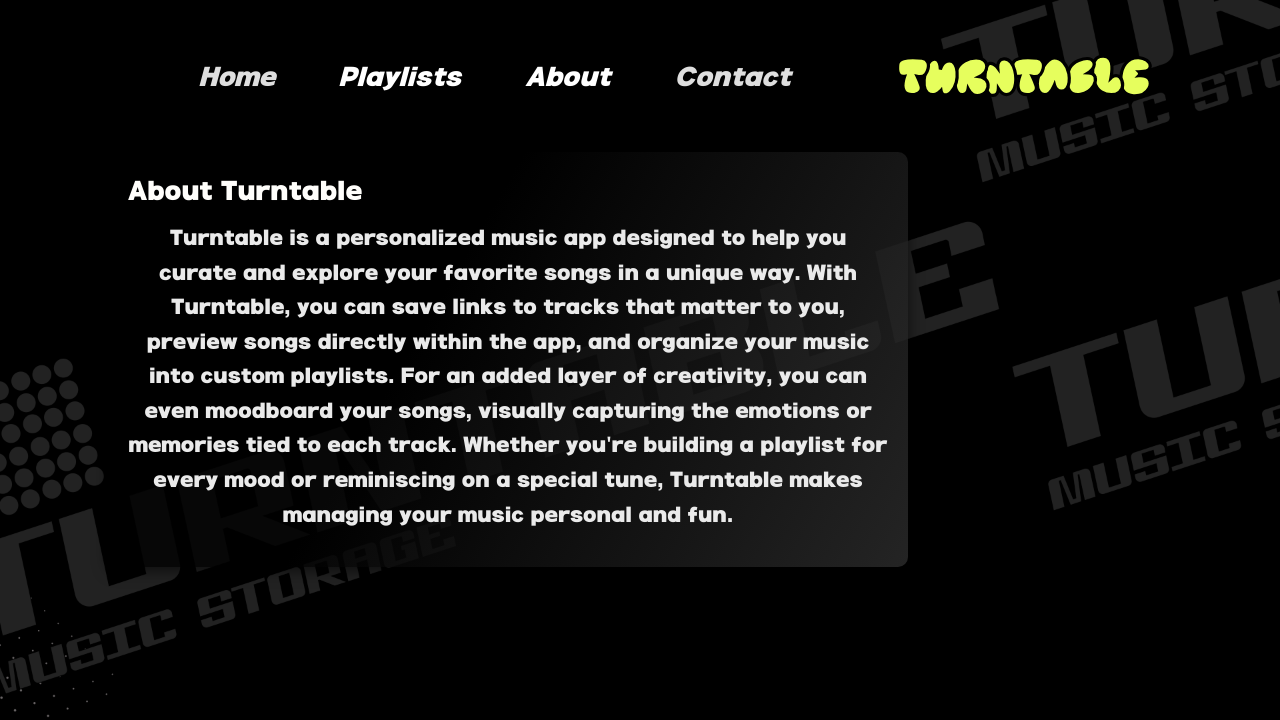
Repository: ReputableRice/Frontend-Project
Page: /app/about
The author's editor kept a copy of each file at every save. The page is drawn from the files as they stood at one save, then again after the next save.
The browser window is 1280 px wide. The pictures show the whole page.
Some web libraries are served in a nearby version. The project was rebuilt for these pictures with package versions that can differ from the ones it lists, and the page was loaded fresh each time. Also part of the build but not shown: vite.config.js, src/components/templates/ContactForm/contactform.css, src/components/templates/ContactForm/ContactForm.tsx, src/components/templates/Card/card.css, src/components/organisms/CardBottom/CardBottom.tsx, src/components/templates/Card/Card.tsx, src/Pages/Contact/Contact.css, src/Pages/Contact/Contact.tsx and 18 more.

Above is the page before, as saved 2024-12-01 00:54:15.

### src/main.jsx
import { StrictMode } from "react";
import { createRoot } from "react-dom/client";
import { BrowserRouter, Routes, Route } from "react-router-dom";
import App from "./App.jsx";
import Preloader from "./components/templates/Preloader/Preloader.tsx";
import "./index.css";

createRoot(document.getElementById("root")).render(
  <StrictMode>
    <BrowserRouter>
      <Routes>
        <Route path="/" element={<Preloader />} />
        <Route path="/app/*" element={<App />} />
      </Routes>
    </BrowserRouter>
  </StrictMode>
);

### src/App.jsx
import './App.css';
import { Routes, Route, Link, useLocation } from "react-router-dom";
import Contact from './Pages/Contact/Contact';
import Playlists from './Pages/Playlists/Playlists';
import Home from './Pages/Home/Home';
import About from './Pages/About/About';
import { useState, useEffect } from 'react';
import { FaBars, FaX } from 'react-icons/fa6';
import { gsap } from 'gsap';
import { TransitionGroup, CSSTransition } from 'react-transition-group';

export default function App() {
  const [mobileNav, setMobileNav] = useState(false);
  const location = useLocation(); // Track current route

  useEffect(() => {
    gsap.fromTo(
      '.navBarCategories > *',
      { opacity: 0, x: '-80rem' },
      {
        duration: 2,
        opacity: 1,
        x: 0,
        stagger: 0.1,
        ease: 'power4.out',
      }
    );
  }, []);

  useEffect(() => {
    gsap.fromTo(
      '.entireApp',
      {
        opacity:0,
        x:-100
      },
      {
        delay: 1,
        opacity:1,
        duration:2,
        x:0
      }
    )
  },[])

  return (
    <div className='entireApp'>
      <div className='mobileNavTab'>
        <img src='/TURNTABLE.svg' className='w-64 m-auto' />
        <FaBars size={"2rem"} onClick={() => setMobileNav(!mobileNav)} />
      </div>
      <div className='mobileNav flex items-center content-center'>
        {mobileNav ? (
          <div className='navBar'>
            <div className='navBarCategories'>
              <div className='mobileNavTab'>
                <FaX size={"2rem"} onClick={() => setMobileNav(false)} />
              </div>
              <Link to="." className={"appRouter navLeft"}>Home</Link>
              <Link to="playlists" className={"appRouter nav"}>Playlists</Link>
              <Link to="about" className={"appRouter nav"}>About</Link>
              <Link to="contact" className={"appRouter navRight"}>Contact</Link>
            </div>
          </div>
        ) : ""}
      </div>
      <div className='navBar desktopNav'>
        <div className='navBarCategories'>
          <Link to="." className={"appRouter navLeft"}>Home</Link>
          <Link to="playlists" className={"appRouter nav"}>Playlists</Link>
          <Link to="about" className={"appRouter nav"}>About</Link>
          <Link to="contact" className={"appRouter navRight"}>Contact</Link>
          <img src='/TURNTABLE.svg' className='w-64 ml-auto mr-32 class' />
        </div>
      </div>

      {/* Route transitions */}
      <TransitionGroup className="route-wrapper">
        <CSSTransition
          key={location.key}
          timeout={500}
          onEnter={(node) => {
            gsap.fromTo(
              node,
              { opacity: 0, y: 50 },
              { opacity: 1, y: 0, duration: 1, ease: "power4.inOut" }
            );
          }}
          onExit={(node) => {
            gsap.to(node, { opacity: 0, duration:0.00000000000000000000000000000000000000000000001 }); //DONT CLICK THROUGH THE ROUTES TOO FAST
          }}
        >
          <Routes location={location}>
            <Route path="/" element={<Home />} />
            <Route path="about" element={<About />} />
            <Route path="contact" element={<Contact />} />
            <Route path="playlists" element={<Playlists />} />
          </Routes>
        </CSSTransition>
      </TransitionGroup>
    </div>
  );
}

### src/index.css
@import "tailwindcss/base";

@import "tailwindcss/components";

@import "tailwindcss/utilities";


@font-face {
  font-family: "SDK_US_Web";
  src: local("SDK_US_Web"),
    url('./assets/fonts/en-us.ttf')
}

:root {
  font-family: SDK_US_Web, Inter, system-ui, Avenir, Arial, sans-serif;
  line-height: 1.5;
  font-size: 16px;

  color-scheme: light dark;
  color: rgba(255, 255, 255, 0.87);
  background-color: #242424;

  font-synthesis: none;
  text-rendering: optimizeLegibility;
  -webkit-font-smoothing: antialiased;
  -moz-osx-font-smoothing: grayscale;

  --white: #FFFEFB;
  --black: #000000;
  --grey: #676364;
  --n-green: #E6FE5D;
  --red: #F70306;
  --d-grey: #353837;

  --h1: 1.5rem

  height: 100vh;
  width: 100vw;
  background-image: url("/App bg.png");
  background-size:cover;
  background-repeat: repeat-y;
}

html {
  height: 100vh;
  width: 100vw;
}

h1 {
  font-size: 1.5rem;
}

body {
  width: 100vw;
}

body .content {
  margin: 0 8.438vw;
}

img {
  width: 100%;
}

@media only screen and (max-width:600px) {
  body .content {
    margin: 0 1rem;
  }

  .desktopNav {
    display: none;
  }
}

### src/App.css
.navBar {
  padding: 3.125rem 0 3.125rem 0;
}

.navBarCategories {
  margin-left: 13.177vw;
  display: flex;
}

.appRouter {
  /* display: inline-block;
    text-decoration: none;
    color: var(--white);
    min-width: 7.813vw;
    margin-right: 1vw;
    margin-top: auto; */

  display: flex;
  align-items: center;
  background-color: var(--black);
  padding: 0.5rem 2rem;
  overflow: hidden;

  transition: cubic-bezier(0.18, 0.69, 0.23, 0.99) 0.5s;
  transform: skew(-15deg);

  font-size: 24px;
}

.navLeft {
  border-radius: 10rem 0 0 10rem;
}

.navRight {
  border-radius: 0 10rem 10rem 0;
}

.nav {
  display: flex;
  align-items: center;
  color: white;
  font-weight: bold;
  cursor: pointer;
}

.appRouter:hover {
  color: var(--black);
  transform: scale(1.1) translateX(1rem);
  filter: drop-shadow(0 0 0.1rem var(--black));
  background-color: var(--n-green);
  transform: skew(-15deg) scale(1.2);
  z-index: 5;
}

.mobileNav {
  display: none;
}

.mobileNavTab {
  display: none;
}

@media only screen and (max-width: 820px) {
  .navBar {
    width: 100vw;
    margin: 0;
    padding: 0;
  }

  .navBarCategories {
    margin-left: 0;
    display: flex;
    flex-direction: column;
    justify-content: center;
  }

  .appRouter {
    display: flex;
    align-items: center;
    background-color: var(--black);
    padding: 0.5rem 2rem;
    overflow: hidden;

    transition: cubic-bezier(0.18, 0.69, 0.23, 0.99) 0.5s;
    transform: skew(0);

    font-size: 24px;
  }

  .appRouter:hover {
    transform: scale(0) translateX(0);
    transform: skew(0) scale(1);
  }

  .navLeft {
    border-radius: 0;
  }

  .navRight {
    border-radius: 0;
  }

  .mobileNav {
    display: flex;
    flex-direction: column;
    position: absolute;
    z-index: 5;
    top: 0;
  }

  .mobileNavTab {
    display: flex;
    justify-content: end;
    margin: 1.5rem 1.5rem 0 0 ;
    padding: 1.5rem;
    background-color: var(--black);
  }

  .desktopNav {
    display: none;
  }
}

### src/Pages/About/About.tsx
import React from 'react'
import Card from '../../components/templates/Card/Card'
import "./about.css"

export default function About() {
    //DO NOT CHANGE BODY AND CONTENT, MARGINS ARE DEFINED THERE
    return (
        <>
            <div className='content aboutContainer'>
                <div>
                    <h1 className='mb-3'>About Turntable</h1>
                    <p className="aboutDescription">
                        Turntable is a personalized music app designed to help you curate and explore your favorite songs in a unique way. With Turntable, you can save links to tracks that matter to you, preview songs directly within the app, and organize your music into custom playlists. For an added layer of creativity, you can even moodboard your songs, visually capturing the emotions or memories tied to each track. Whether you're building a playlist for every mood or reminiscing on a special tune, Turntable makes managing your music personal and fun.
                    </p>
                </div>
                {/* <Card /> */}
            </div>
        </>
    )
}

### src/Pages/Playlists/playlists.css
 body .content {
    margin: 0 8.438vw;
    width: 100%;
}

.playlists-container {
    padding: 20px;
    max-width: 1200px;
    margin: auto;
}

h1 {
    font-size: var(--h1);
    text-align: left;
    color: var(--white);
}

.playlist-grid {
    padding-top:5px;
    display: grid;
    grid-template-columns: repeat(auto-fit, minmax(250px, 1fr));
    gap: 30px;
}

.playlist-item {
    background-color:#555;
    border: 5px solid var(--black);
    border-radius: 25px 25px 0 25px;
    height:40vh;
    overflow: hidden;
    transition: 0.3s ease;
    box-shadow: 0px 5px 8px var(--black);
}

.playlist-item:hover {
    transform: scale(1.05);
    color: var(--n-green);

}

.playlist-image {
    width: 100%;
}

.playlist-details {
    margin-top: 20px;
    padding: 20px;
}

.playlist-details p {
    font-size: 14px;
    color: #b3b3b3;
}

### src/Pages/About/about.css
.aboutContainer {
    display: flex;
}

.aboutBox {
    display: flex;
    justify-content: space-between;
}

.faqHeading {
    font-size: var(--h1);
}

.aboutDescription {
    max-width: 54.6875rem;
}

@media only screen and (max-width:820px) {
    .aboutContainer {
        display: flex;
        flex-direction: column;
    }

    .cardContainer {
        display: none;
    }
}

@media only screen and (max-width:600px) {
    .aboutContainer {
        display: flex;
        flex-direction: column;
    }

    .cardContainer {
        display: none;
    }
}
.aboutContainer {
    display: flex;
    flex-direction: column;
    justify-content: center;
    align-items: center;
    padding: 2rem;
    color: #fff;
    text-align: center;
    background: linear-gradient(120deg, rgba(0, 0, 0, 0.8) 40%, rgba(45, 45, 45, 0.8) 100%);
    border-radius: 10px;
    box-shadow: 0px 4px 15px rgba(0, 0, 0, 0.6);
}

.aboutTitle {
    font-size: 2.5rem;
    font-weight: 700;
    color: #ffdd57;
    text-shadow: 2px 2px 4px rgba(0, 0, 0, 0.8);
}

.aboutDescription {
    font-size: 1.2rem;
    line-height: 1.8;
    color: #eaeaea;
    margin-bottom: 1rem;
}

.highlight {
    color: #ffdd57;
    font-weight: bold;
    text-shadow: 1px 1px 2px rgba(0, 0, 0, 0.6);
}

.content {
    margin: auto;
    max-width: 800px;
    padding: 20px;
}

.content p {
    margin-top: 10px;
}

@media screen and (max-width: 768px) {
    .aboutTitle {
        font-size: 2rem;
    }

    .aboutDescription {
        font-size: 1rem;
    }
}

### src/components/molecules/focus.css
.flex {
  display: flex;
}

.focus-container {
  flex-direction: column;
  align-items: center;
}

.focus-song {
  flex-direction: column;
}

.focus-image-link {
  justify-content: center;
  background-color: #555;

  width: 696px;

  height: 510px;
  border-radius: 32px 32px 0px 32px;

  overflow: hidden;

  object-fit: cover;
}

.focus-info {
  margin-top: 37px;

  display: flex;
  width: 696px;
  min-height: 233px;
  padding: 16px;
  flex-direction: column;
  align-items: flex-start;
  gap: 10px;
  flex-shrink: 0;

  border-radius: 16px 16px 0px 16px;
  border: 4px solid var(--000000, #000);
  background: var(--353837, #353837);
  box-shadow: 0px 4px 4px 0px rgba(0, 0, 0, 0.23);
}

.focus-item {
  padding-left: 1rem;
}

.focus-title {
  font-size: 2rem;

  color: var(--n-green);
}

.focus-wide {
  justify-content: space-between;
  padding-right: 2rem;
  align-items: center;
  padding-top: 0.2rem;
}

.focus-author {
  font-size: 1.3rem;
  font-weight: 900;
  margin: 0;
  padding: 0;
}

.focus-link {
  font-size: 1rem;
  margin: 0;

  color: var(--n-green);
}

.focus-desc {
  margin-top: 0.6rem;
  font-size: 0.9rem;
  max-width: 100%;
  height: 70px;
  overflow-y: scroll;

}

.focus-desc > * {
  overflow-x: hidden;
}

.focus-desc::-webkit-scrollbar {
  width: 0.5rem;
  position: absolute;
  left: 0;
}

.focus-desc::-webkit-scrollbar-thumb {
  background-color: darkgray;
  border-radius: 10px;
}

.focus-desc::-webkit-scrollbar-track {
  background: transparent;
}

@media only screen and (max-width: 820px) {
  .focus-song {
    flex-direction: column;
    justify-content: space-between;
    width: 100%;
  }

  .focus-info {
    display: flex;
    padding: 16px;
    flex-direction: column;
    height: 300px;
  }

  .focus-desc {
    margin-top: 0.6rem;
    font-size: 0.9rem;
    width: 100%;
    word-wrap: break-word;
  }

  .focus-image-link {
    height: 200px;
  }
}

@media screen and (max-width: 600px) {

  .focus-song {
    justify-content: center;
    flex-direction: row;
    height: 100px;
  }

  .focus-image-link {
    height: auto;
    border-radius: 1rem 0 0 1rem;
  }

  .focus-info {
    margin-top: 0;
    max-width: 70%;
    min-width: 70%;
    max-height: 227px;
    gap: 0;
    height: auto;
    min-height: auto;
    padding: 0.2rem;
    margin: 0;
    flex-shrink: unset;
    border: none;
    border-radius: 0 1rem 1rem 0;
    overflow: hidden;
  }

  .focus-title {
    font-size: 1rem;
  }

  .focus-author {
    font-size: 0.8rem;
    overflow: hidden;
    white-space: nowrap;
    animation: move 25s linear infinite;

  }

  .focus-desc {
    display: none;

  }

  .focus-link {
    font-size: 0.8rem;
  }
}

@keyframes move {
  0% {
    transform: translate(0, 0);
  }

  100% {
    transform: translate(-100%, 0);
  }
}

### tailwind.config.js
/** @type {import('tailwindcss').Config} */
export default {
  content: [
    "./index.html",
    "./src/**/*.{js,ts,jsx,tsx}",
  ],
  theme: {
    extend: {
      backgroundImage: {
        'app-bg': "url('/App_bg.png')",
      },
    },
    screens: {
      'sm': '414px',
      // => @media (min-width: 414px) { ... }

      'md': '820px',
      // => @media (min-width: 820px) { ... }

      'lg': '1024px',
      // => @media (min-width: 1024px) { ... }
    }
  },
  plugins: [],
};

Loaded but not shown: index.html (common file)

After the next save:
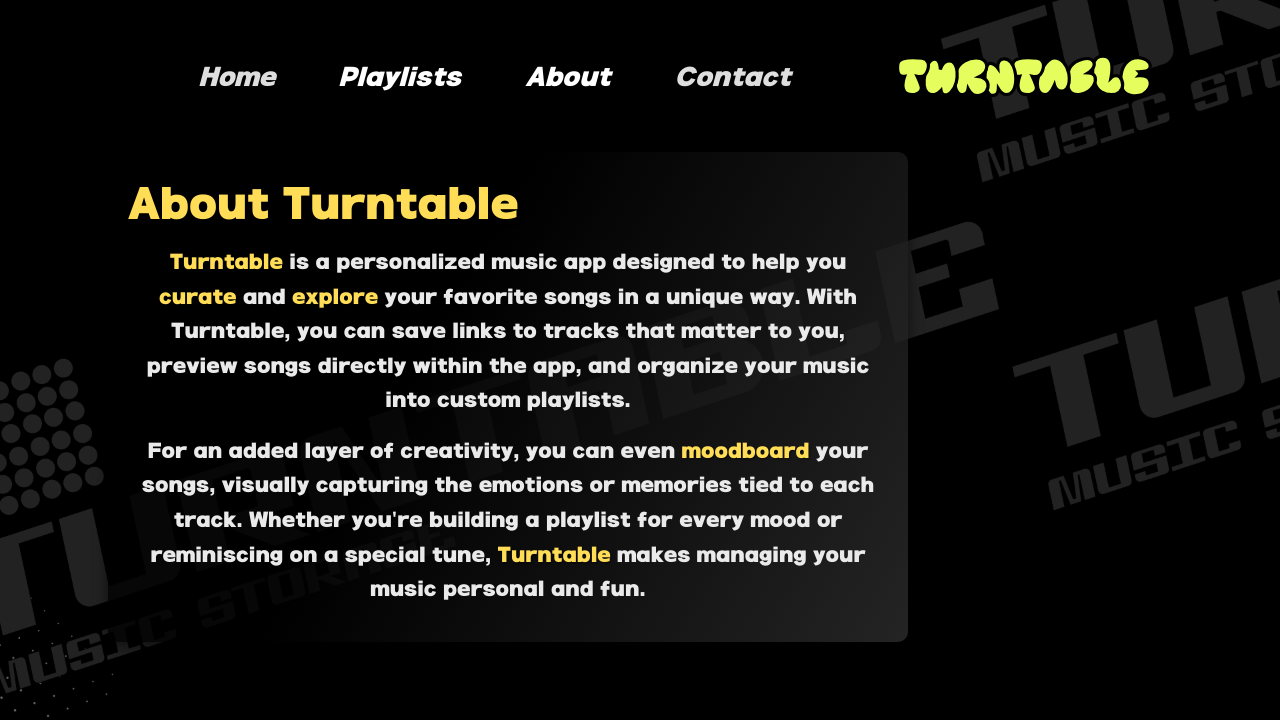
Saved 1 s later.
--- a/src/Pages/About/About.tsx
+++ b/src/Pages/About/About.tsx
@@ -6,15 +6,25 @@ export default function About() {
     //DO NOT CHANGE BODY AND CONTENT, MARGINS ARE DEFINED THERE
     return (
         <>
-            <div className='content aboutContainer'>
+            <div className="content aboutContainer">
                 <div>
-                    <h1 className='mb-3'>About Turntable</h1>
+                    <h1 className="aboutTitle mb-3">About Turntable</h1>
                     <p className="aboutDescription">
-                        Turntable is a personalized music app designed to help you curate and explore your favorite songs in a unique way. With Turntable, you can save links to tracks that matter to you, preview songs directly within the app, and organize your music into custom playlists. For an added layer of creativity, you can even moodboard your songs, visually capturing the emotions or memories tied to each track. Whether you're building a playlist for every mood or reminiscing on a special tune, Turntable makes managing your music personal and fun.
+                        <span className="highlight">Turntable</span> is a personalized music app designed to help you{' '}
+                        <span className="highlight">curate</span> and <span className="highlight">explore</span> your favorite
+                        songs in a unique way. With Turntable, you can save links to tracks that matter to you, preview songs
+                        directly within the app, and organize your music into custom playlists.
+                    </p>
+                    <p className="aboutDescription">
+                        For an added layer of creativity, you can even <span className="highlight">moodboard</span> your songs,
+                        visually capturing the emotions or memories tied to each track. Whether you're building a playlist for
+                        every mood or reminiscing on a special tune, <span className="highlight">Turntable</span> makes managing
+                        your music personal and fun.
                     </p>
                 </div>
                 {/* <Card /> */}
             </div>
+
         </>
     )
 }
